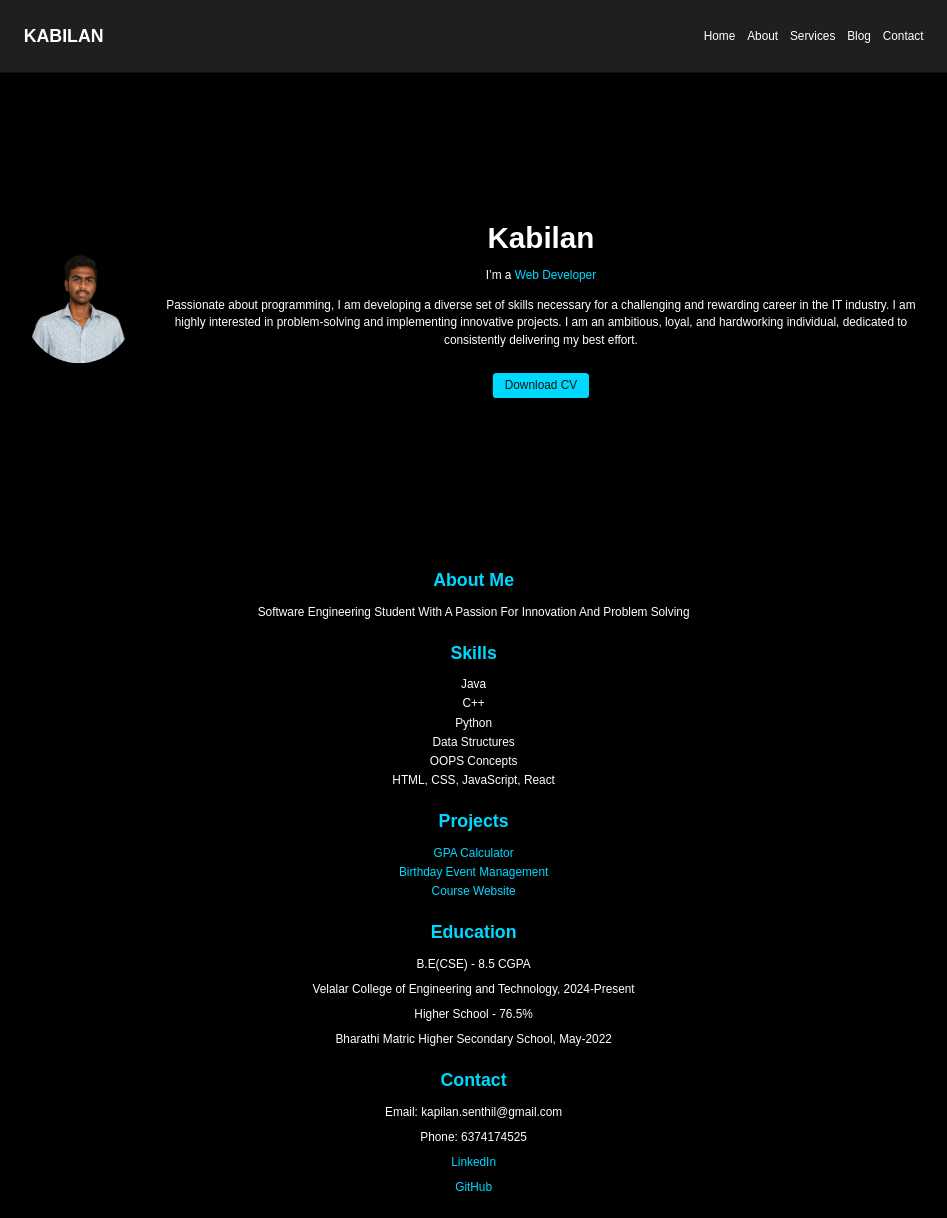
Repository: KabilanCoding/Kabilan_Portfolio
Page: /
An editor plug-in stored every save of this project. The page is shown before and after the next save, followed by the edit.
The browser window is 1280 px wide. The pictures show the whole page, at 74% of full size.
The project was rebuilt for these pictures with package versions that can differ from the ones it lists, and the page was loaded fresh each time.

Above is the page before, as saved 2024-07-23 20:11:01.

### src/App.js
import React from 'react';
import Home from './components/Home';
import About from './components/About';
import Skills from './components/Skills';
import Projects from './components/Projects';
import Education from './components/Education';
import Contact from './components/Contact';
import './App.css';  // Assuming you have a CSS file for styling

const App = () => {
    return (
        <div className="App">
            <Home />
            <About />
            <Skills />
            <Projects />
            <Education />
            <Contact />
        </div>
    );
};

export default App;

### src/components/Home.js
import React from 'react';
import './Home.css';  // Assuming you have a CSS file for styling
import profilePic from '../images/1.png';  // Adjust the path

const Home = () => {
    return (
        <div className="home">
            <nav className="navbar">
                <div className="logo">KABILAN</div>
                <ul>
                    <li>Home</li>
                    <li>About</li>
                    <li>Services</li>
                    <li>Blog</li>
                    <li>Contact</li>
                </ul>
            </nav>
            <header className="header">
                <div className="profile-pic">
                    <img src={profilePic} alt="Kabilan" />
                </div>
                <div className="intro">
                    <h1>Kabilan</h1>
                    <p>I’m a <span>Web Developer</span></p>
                    <p>Passionate about programming, I am developing a diverse set of skills necessary for a challenging and rewarding career in the IT industry. I am highly interested in problem-solving and implementing innovative projects. I am an ambitious, loyal, and hardworking individual, dedicated to consistently delivering my best effort.</p>
                    <a href="https://drive.google.com/file/d/1bl25H6iOfh6Fz0hQTN4TIENDvZRnPhfm/view?usp=sharing" className="download-cv" target="_blank" rel="noopener noreferrer">
                        Download CV
                    </a>
                </div>
            </header>
        </div>
    );
};

export default Home;

### src/components/About.js
import React from 'react';

const About = () => {
    return (
        <div className="about">
            <h2>About Me</h2>
            <p>Software Engineering Student With A Passion For Innovation And Problem Solving</p>
        </div>
    );
};

export default About;

### src/components/Skills.js
import React from 'react';

const Skills = () => {
    return (
        <div className="skills">
            <h2>Skills</h2>
            <ul>
                <li>Java</li>
                <li>C++</li>
                <li>Python</li>
                <li>Data Structures</li>
                <li>OOPS Concepts</li>
                <li>HTML, CSS, JavaScript, React</li>
            </ul>
        </div>
    );
};

export default Skills;

### src/components/Projects.js
import React from 'react';

const Projects = () => {
    return (
        <div className="projects">
            <h2>Projects</h2>
            <ul>
                <li><a href="https://github.com/KabilanCoding/GPA-">GPA Calculator</a></li>
                <li><a href="https://github.com/KabilanCoding/Birthday-Event-Management/tree/master">Birthday Event Management</a></li>
                <li><a href="https://github.com/KabilanCoding/Course_Website">Course Website</a></li>
            </ul>
        </div>
    );
};

export default Projects;

### src/components/Education.js
import React from 'react';

const Education = () => {
    return (
        <div className="education">
            <h2>Education</h2>
            <p>B.E(CSE) - 8.5 CGPA</p>
            <p>Velalar College of Engineering and Technology, 2024-Present</p>
            <p>Higher School - 76.5%</p>
            <p>Bharathi Matric Higher Secondary School, May-2022</p>
        </div>
    );
};

export default Education;

### src/components/Contact.js
import React from 'react';

const Contact = () => {
    return (
        <div className="contact">
            <h2>Contact</h2>
            <p>Email: kapilan.senthil@gmail.com</p>
            <p>Phone: 6374174525</p>
            <p><a href="https://www.linkedin.com/in/kabilan-s-5602242a4/">LinkedIn</a></p>
            <p><a href="https://github.com/KabilanCoding/">GitHub</a></p>
        </div>
    );
};

export default Contact;

### src/App.css
.App {
  text-align: center;
}

.about, .skills, .projects, .education, .contact {
  margin: 2rem;
}

h2 {
  color: #00d9ff;
}

ul {
  list-style: none;
  padding: 0;
}

li {
  margin: 0.5rem 0;
}

a {
  color: #00d9ff;
  text-decoration: none;
}

a:hover {
  text-decoration: underline;
}

### src/components/Home.css
body {
    margin: 0;
    font-family: Arial, sans-serif;
    background-color: #000000;
    color: #ffffff;
}

.navbar {
    display: flex;
    justify-content: space-between;
    align-items: center;
    padding: 1rem 2rem;
    background-color: #1f1f1f;
}

.navbar .logo {
    font-size: 1.5rem;
    font-weight: bold;
}

.navbar ul {
    list-style: none;
    display: flex;
    gap: 1rem;
}

.navbar ul li {
    cursor: pointer;
}

.header {
    display: flex;
    align-items: center;
    justify-content: center;
    padding: 2rem;
    height: 80vh;
}

.profile-pic img {
    border-radius: 50%;
    width: 150px;
    height: 150px;
}

.intro {
    margin-left: 2rem;
}

.intro h1 {
    font-size: 2.5rem;
    margin: 0;
}

.intro p {
    font-size: 1rem;
    line-height: 1.5;
}

.intro span {
    color: #00d9ff;
}

.download-cv {
    display: inline-block;
    padding: 0.5rem 1rem;
    background-color: #00d9ff;
    color: #121212;
    text-decoration: none;
    font-size: 1rem;
    border-radius: 5px;
    margin-top: 1rem;
    transition: background-color 0.3s ease;
}

.download-cv:hover {
    background-color: #00b4cc;
}

Loaded but not shown: public/index.html (common file); src/index.js (common file); src/index.css (common file); src/reportWebVitals.js (common file)

After the next save:
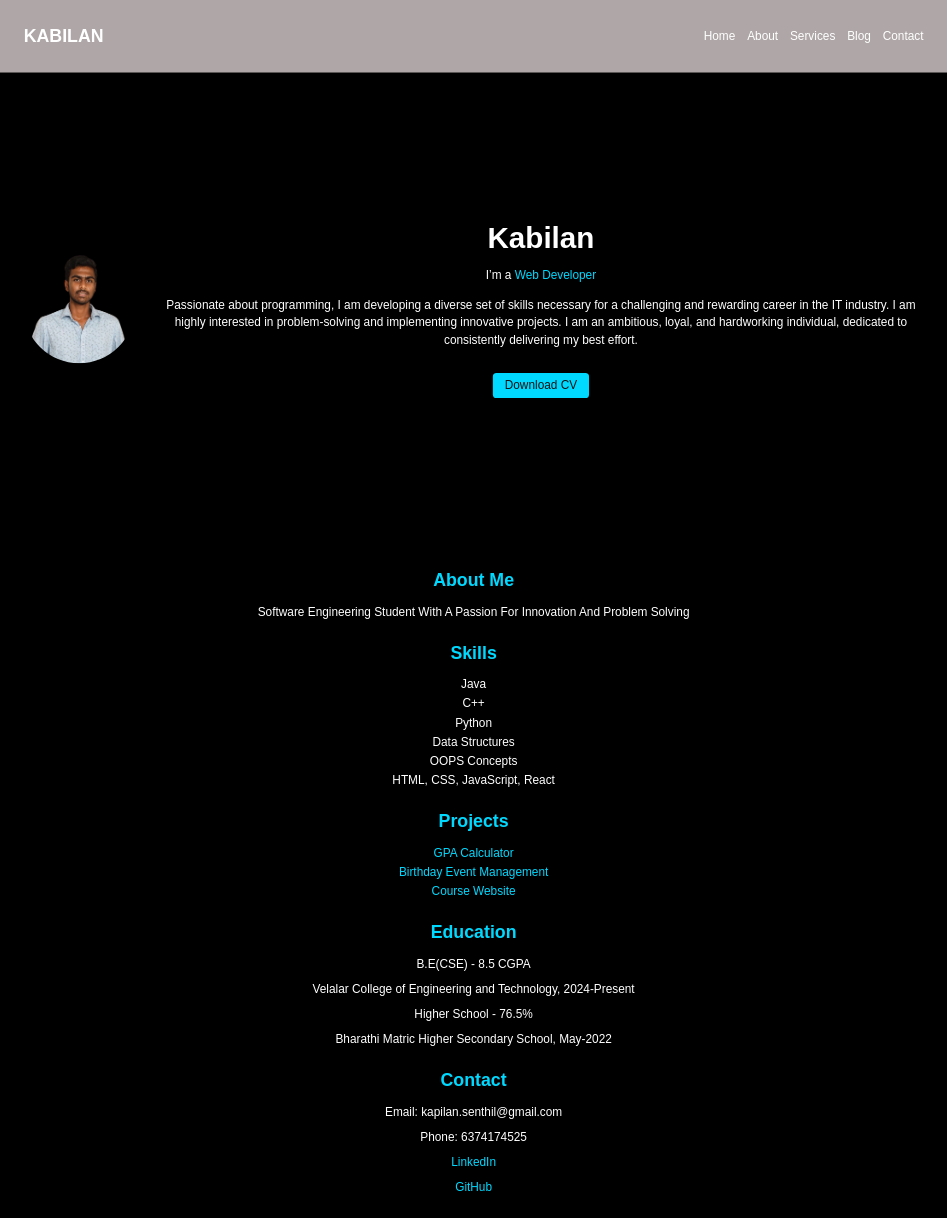
Saved 84 s later.
--- a/src/components/Home.css
+++ b/src/components/Home.css
@@ -10,7 +10,7 @@
     justify-content: space-between;
     align-items: center;
     padding: 1rem 2rem;
-    background-color: #1f1f1f;
+    background-color: #afa7a7;
 }
 
 .navbar .logo {

After the save that followed:
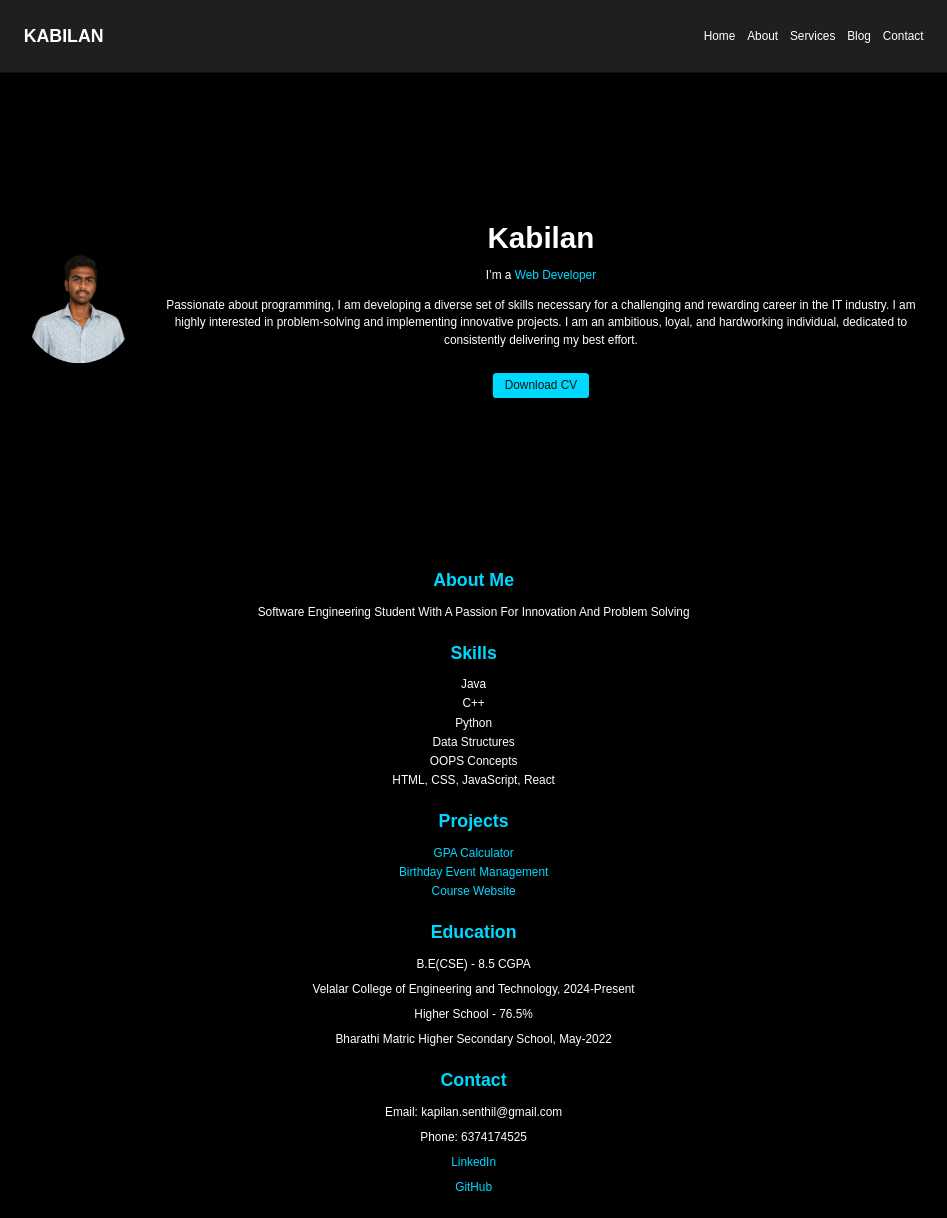
Saved 14 s later.
--- a/src/components/Home.css
+++ b/src/components/Home.css
@@ -10,7 +10,7 @@
     justify-content: space-between;
     align-items: center;
     padding: 1rem 2rem;
-    background-color: #afa7a7;
+    background-color: #1f1f1f;
 }
 
 .navbar .logo {
